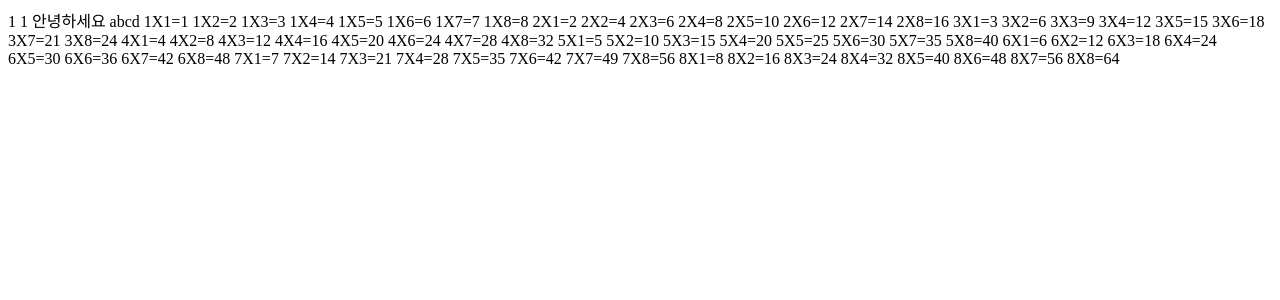
Repository: Luho0113/SpringBootStudy
Page: http://localhost/web/
These files come from the project's save history. The page is drawn as it stood at one moment and after the next save; the edit follows.
The browser window is 1280 px wide. The pictures show the whole page.
The page is served by Tomcat 9.

Above is the page before, as saved 2023-05-03 01:59:03.

After the next save:
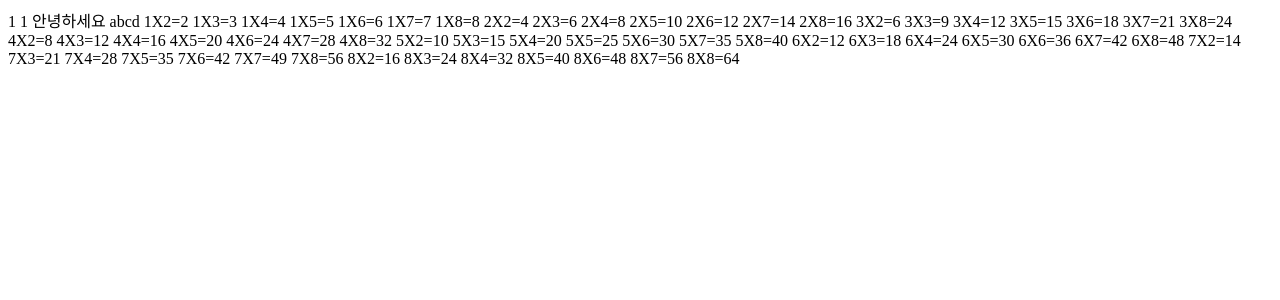
Saved 10 s later.
--- a/web/src/main/webapp/index.jsp
+++ b/web/src/main/webapp/index.jsp
@@ -16,7 +16,7 @@
 <%
 out.println("abcd");
 for(int i=1; i<9; i++){
-	for(int j=1; j<9; j++){
+	for(int j=2; j<9; j++){
 		out.println(i + "X" + j + "=" + i*j);
 	}
 }
